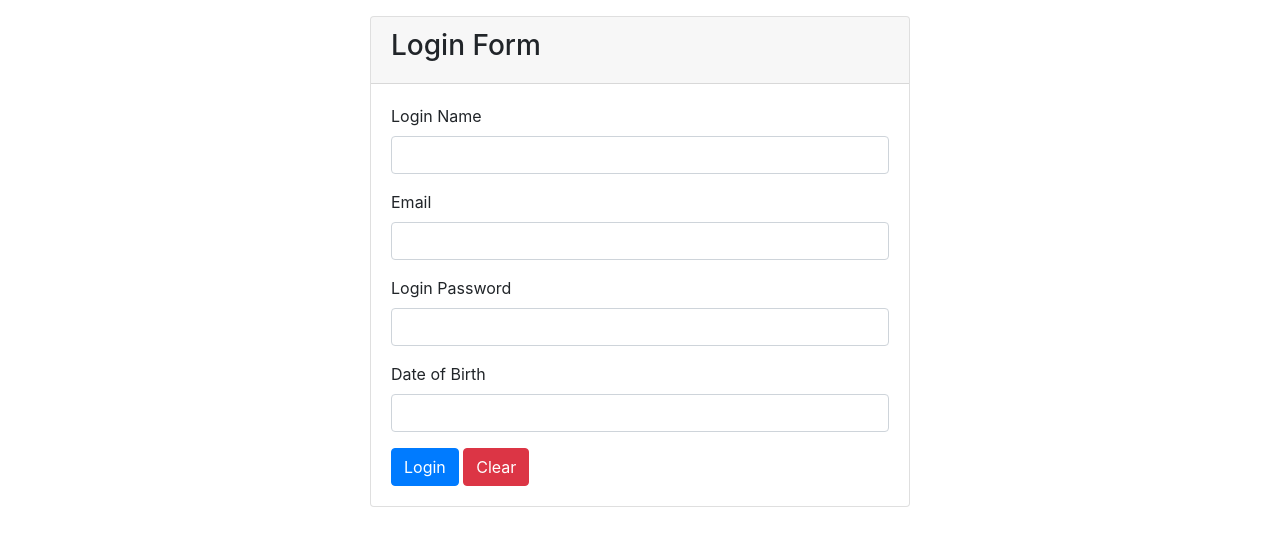
Repository: pyaephyotint22/Maven-Student-Course
Page: http://localhost/02-helloo-servlet/
These files come from the project's save history. The page is drawn as it stood at one moment and after the next save; the edit follows.
The browser window is 1280 px wide. The pictures show the whole page.
The page is served by Tomcat 9. Other server files are loaded and not shown.

Above is the page before, as saved 2020-12-15 11:22:33.

### 02-helloo-servlet/src/main/webapp/index.jsp
<%@page import="java.time.LocalDate"%>
<%@ page language="java" contentType="text/html; charset=ISO-8859-1"
    pageEncoding="ISO-8859-1"%>
<!DOCTYPE html>
<html>
<head>
<meta charset="ISO-8859-1">
<title>Login</title>
<link href="./common/css/bootstrap.min.css" rel="stylesheet" type="text/css"/>
<script type="text/javascript" src="./common/js/jquery.min.js"></script>
<script type="text/javascript" src="./common/js/bootstrap.min.js"></script>
</head>
<body>
<div class="container">
	<div class="row mt-3">
	  <div class="col-6 offset-3">
	  	 <div class="card">
	        <div class="card-header">
	           <h3>Login Form</h3>
	       </div>
		<div class="card-body">
			<form action="login" class="form" method="post">
				<div class="form-group">
				<label for="">Login Name</label>
				<input type="text" name="uname" class="form-control"/>
				</div>
				<div class="form-group">
				<label for="">Email</label>
				<input type="email" name="email" class="form-control"/>
				</div>
				<div class="form-group">
				<label for="">Login Password</label>
				<input type="password" name="upass" class="form-control"/>
				</div>
				<div class="form-group">
				<label for="">Date of Birth</label>
				<input type="text" name="uname" class="form-control"/>
				</div>
				<button type="submit" class="btn btn-primary">Login</button>
				<button type="reset" class="btn btn-danger">Clear</button>
			</form>
		</div>
	</div>

	  </div>
	</div>
</div>
</body>
</html>

Loaded but not shown: 02-helloo-servlet/src/main/webapp/common/css/bootstrap.min.css (library); 02-helloo-servlet/src/main/webapp/common/js/jquery.min.js (library); 02-helloo-servlet/src/main/webapp/common/js/bootstrap.min.js (library)

After the next save:
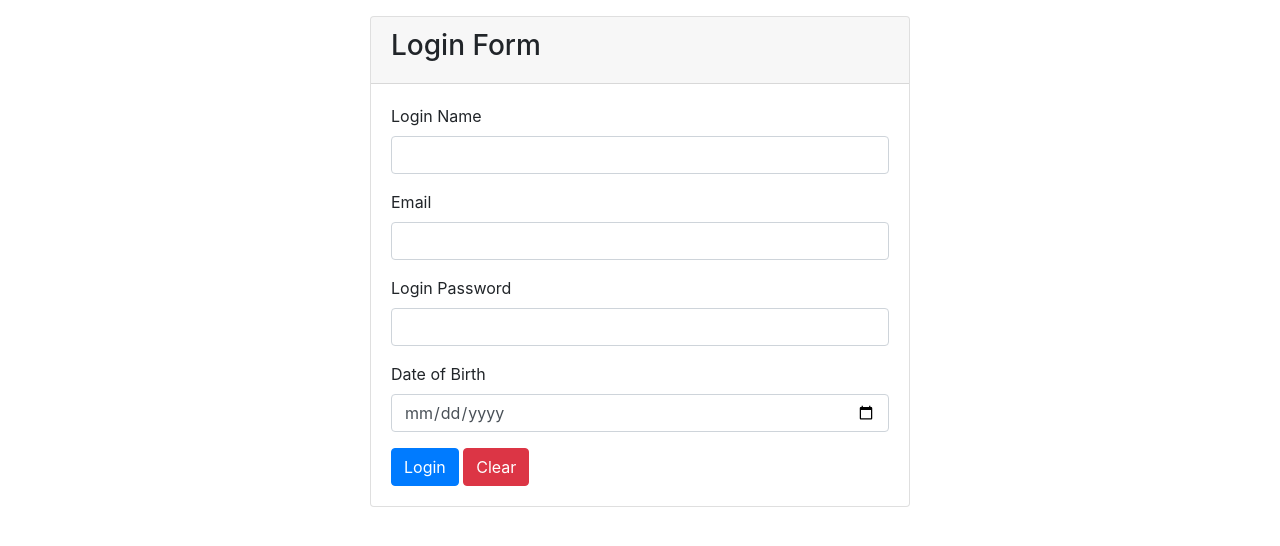
Saved 16 s later.
--- a/02-helloo-servlet/src/main/webapp/index.jsp
+++ b/02-helloo-servlet/src/main/webapp/index.jsp
@@ -34,7 +34,7 @@
 				</div>
 				<div class="form-group">
 				<label for="">Date of Birth</label>
-				<input type="text" name="uname" class="form-control"/>
+				<input type="date" name="dob" class="form-control"/>
 				</div>
 				<button type="submit" class="btn btn-primary">Login</button>
 				<button type="reset" class="btn btn-danger">Clear</button>
